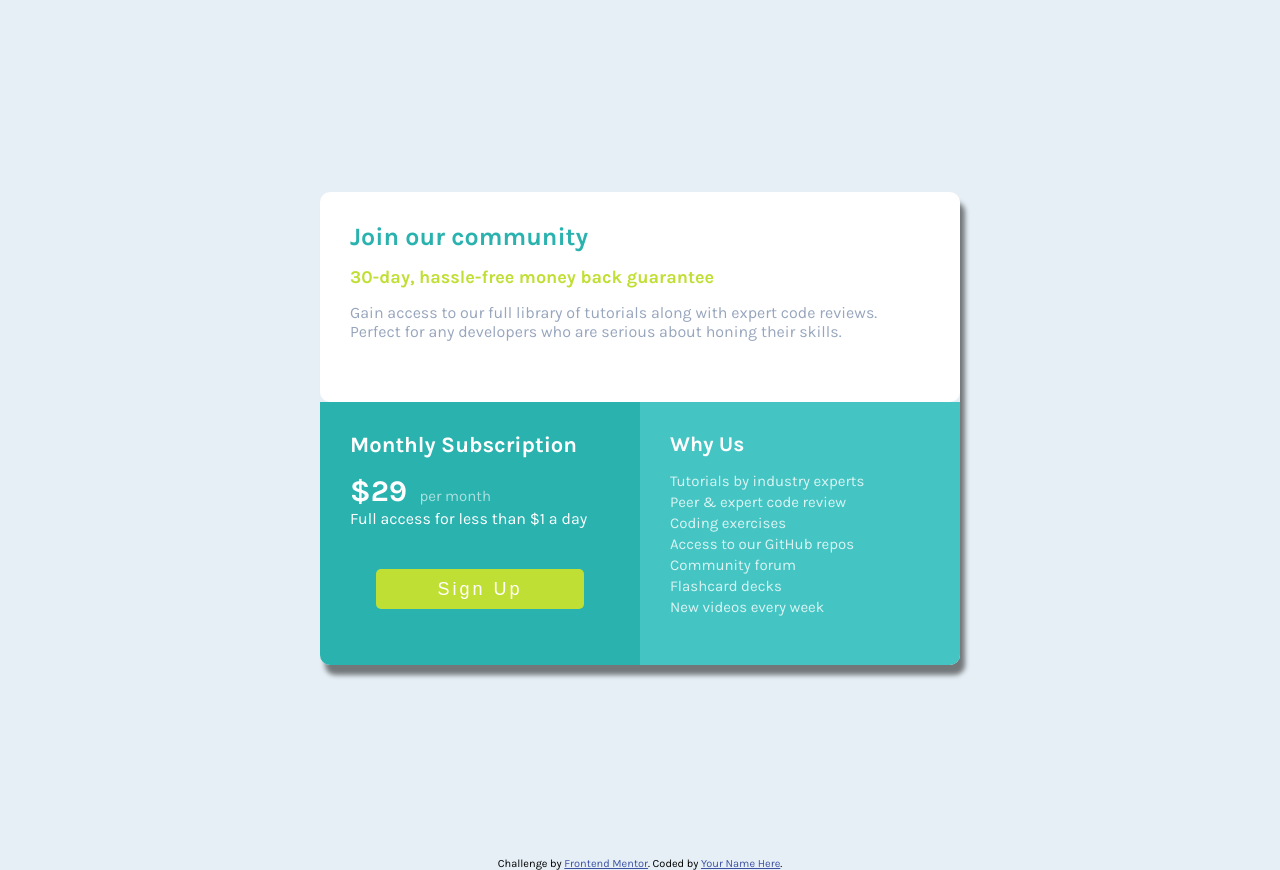
Repository: Pedrohamoura-Git/Frontend-Mentor-Challenges
Page: Newbie/single-price-grid-component-master/index.html
The author's editor kept a copy of each file at every save. The page is drawn from the files as they stood at one save, then again after the next save.
The browser window is 1280 px wide. The pictures show the whole page.

Above is the page before, as saved 2021-05-31 16:02:06.

After the next save:
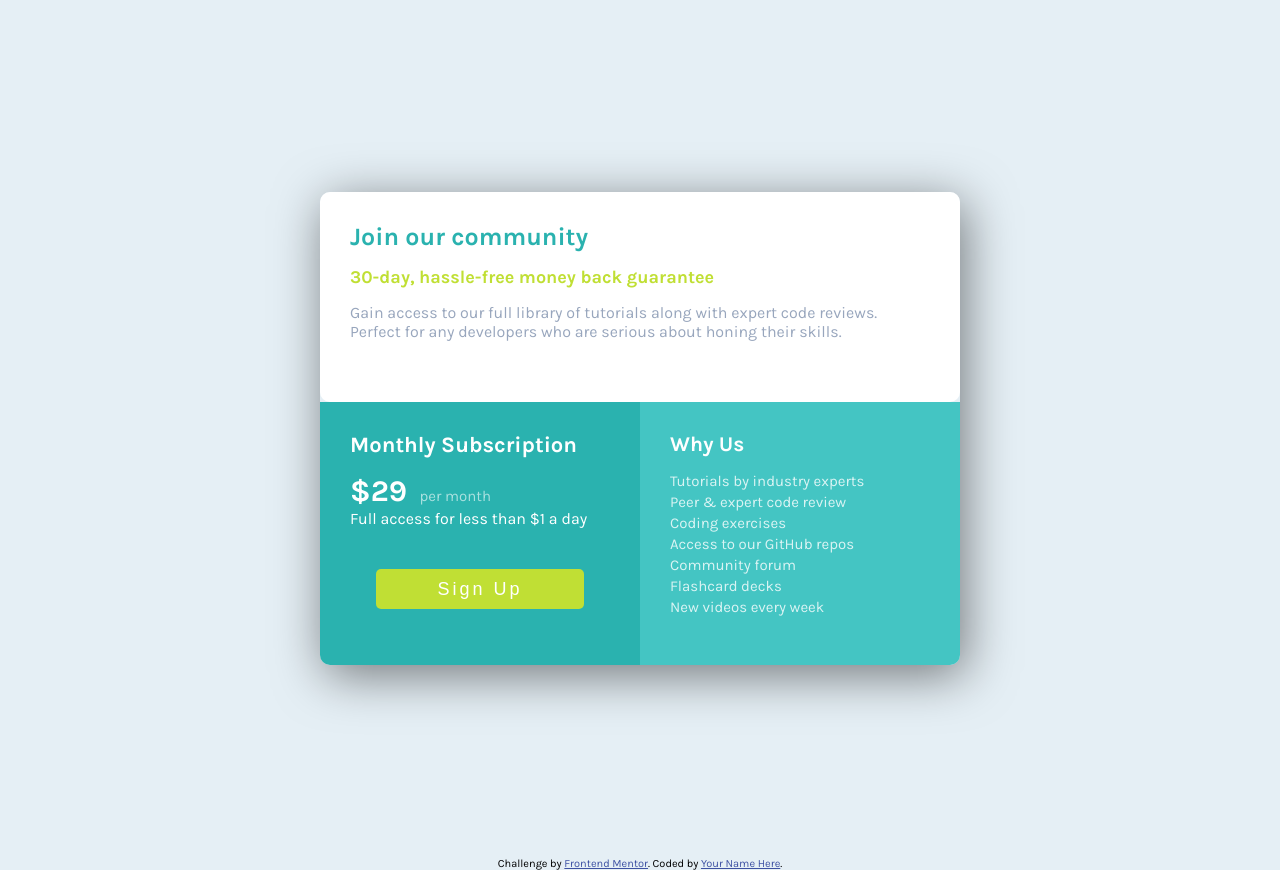
Saved 2 s later.
--- a/Newbie/single-price-grid-component-master/css/style.css
+++ b/Newbie/single-price-grid-component-master/css/style.css
@@ -24,7 +24,7 @@
 */
     #wrapper {
         border-radius: 1rem;
-        box-shadow: 5px 10px 5px rgba(0, 0, 0, .5);
+        box-shadow: 5px 10px 50px rgba(0, 0, 0, .5);
         display: grid;
         grid-template-rows: repeat(auto-fit, minmax(200px, 1fr));
         margin: 15% auto;
